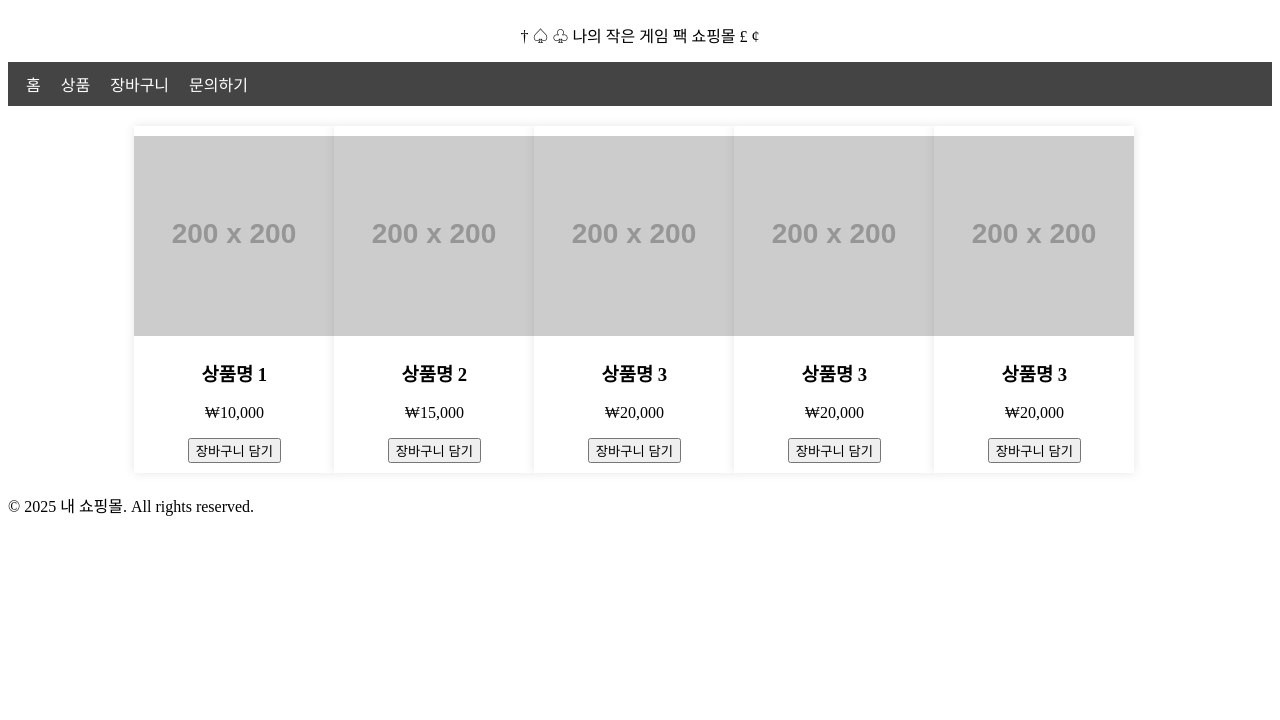
Repository: SeungYeon04/A_AssetsJSP
Page: http://localhost/JSP_Start01/
These files come from the project's save history. The page is drawn as it stood at one moment and after the next save; the edit follows.
The browser window is 1280 px wide. The pictures show the whole page.
Some web fonts or font styles are not loaded; a fallback is used. The page is served by Tomcat 9.

Above is the page before, as saved 2025-03-11 06:00:55.

After the next save:
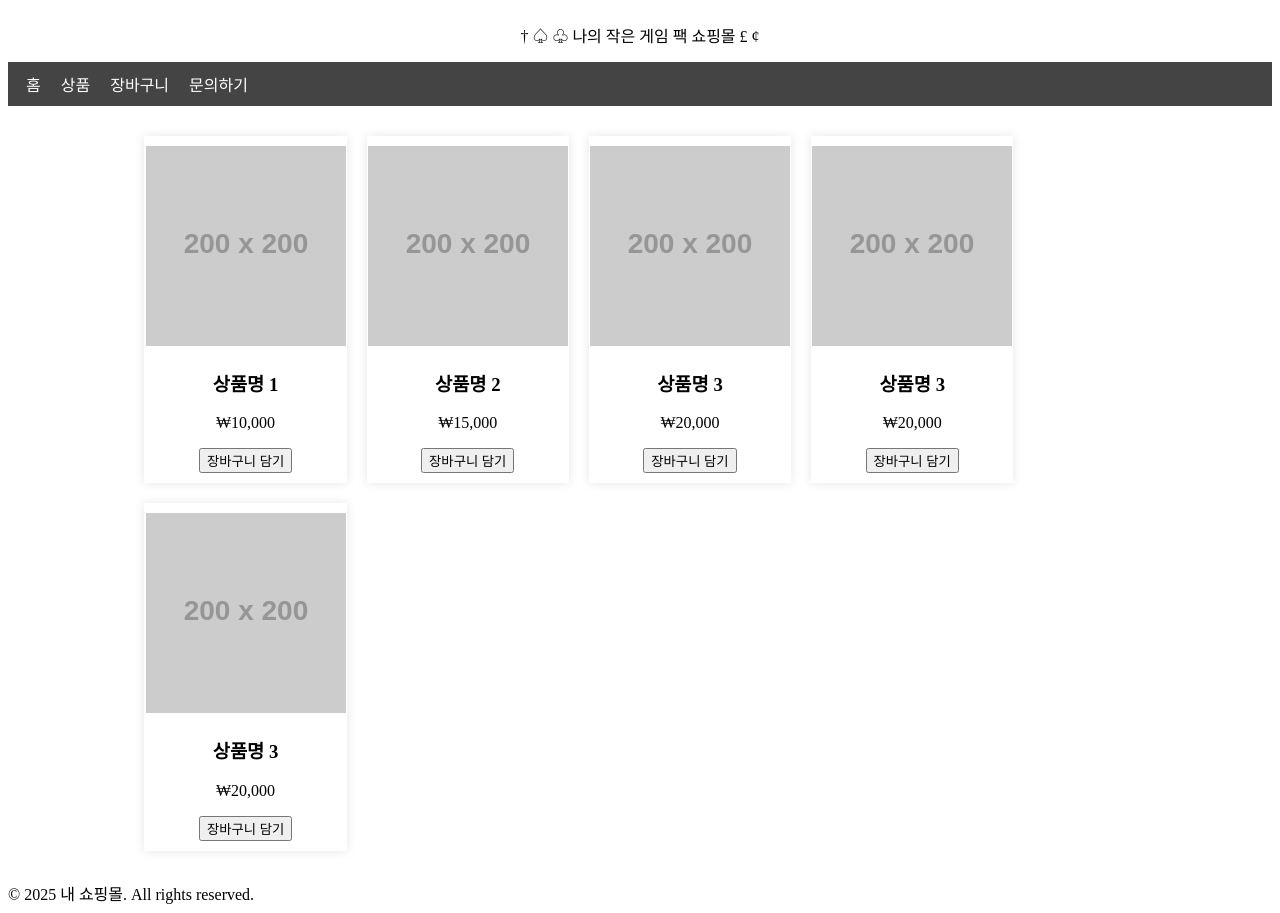
Saved 6 s later.
--- a/JSP_Start01/src/main/webapp/index.jsp
+++ b/JSP_Start01/src/main/webapp/index.jsp
@@ -99,13 +99,13 @@
 		}
 
 		.product {
-
+			width: 20%; /* 너비 추가 */
 			background: white;
 			padding-top: 10px;
 			padding-bottom: 10px;
 			box-shadow: 0 0 10px rgba(0, 0, 0, 0.1);
 			text-align: center;
-			margin: 10px center;
+			margin: 10px;
 		}
 
 
